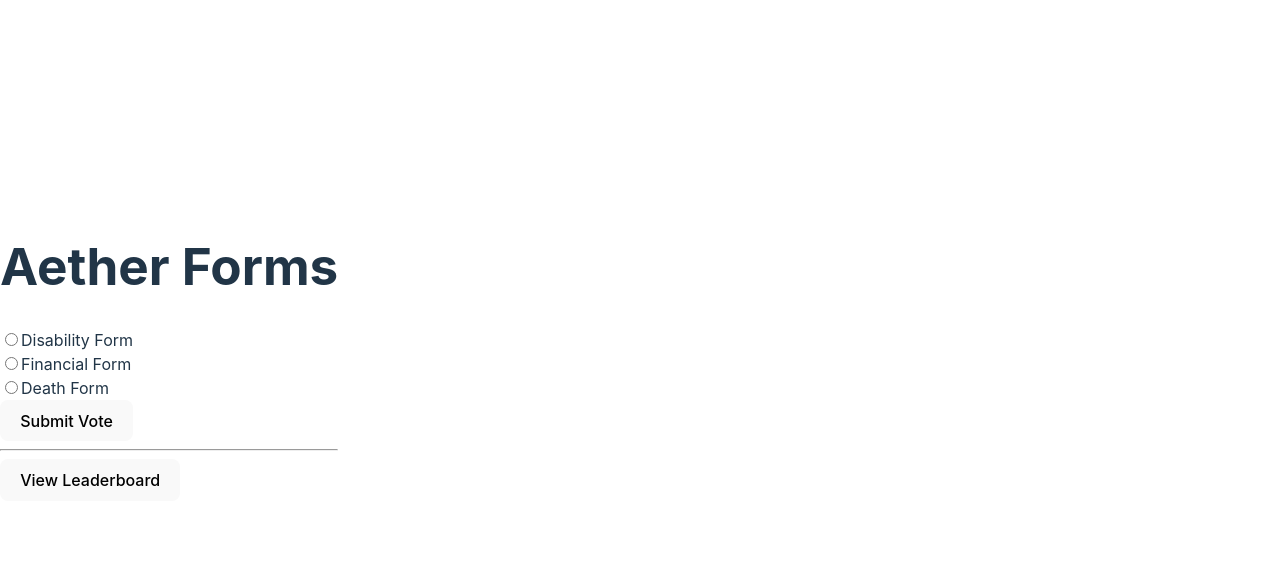
Repository: Jennica1/Aether-Top-Forms
Page: / (app in form-leaderboard-frontend/)
These files come from the project's save history. The page is drawn as it stood at one moment and after the next save; the edit follows.
The browser window is 1280 px wide. The pictures show the whole page.
The project was rebuilt for these pictures with package versions that can differ from the ones it lists, and the page was loaded fresh each time. Also part of the build but not shown: form-leaderboard-frontend/vite.config.js.

Above is the page before, as saved 2024-11-26 21:07:54.

After the next save:
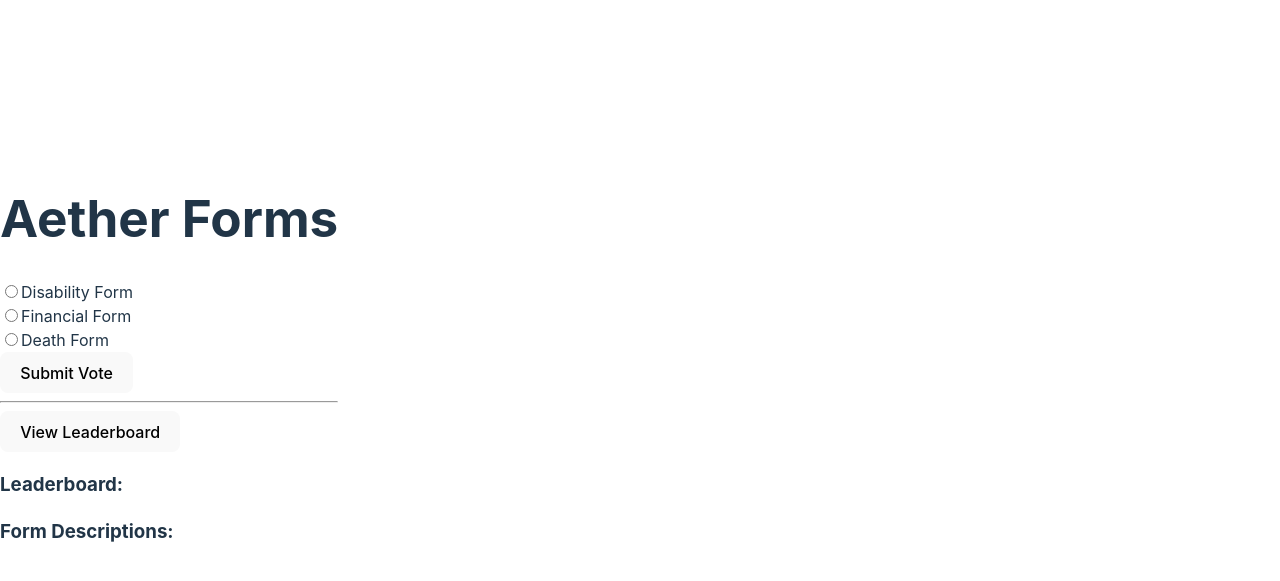
Saved 104 s later.
--- a/form-leaderboard-frontend/src/components/Leaderboard.jsx
+++ b/form-leaderboard-frontend/src/components/Leaderboard.jsx
@@ -3,13 +3,22 @@ import axios from "axios";
 
 const Leaderboard = () => {
   const [leaderboard, setLeaderboard] = useState([]);
+  const [formDescriptions, setFormDescriptions] = useState([]);
   const [error, setError] = useState(null);
 
-  const fetchLeaderboard = async () => {
+  const fetchLeaderboardAndDescriptions = async () => {
     try {
-      const { data } = await axios.get("https://aether-top-forms-leaderboard.onrender.com/api/votes/leaderboard");
-      setLeaderboard(data);
-      setError(null); // Clear previous errors
+      // Fetch leaderboard data from the backend
+      const { data: leaderboardData } = await axios.get(
+        "https://aether-top-forms-leaderboard.onrender.com/api/votes/leaderboard"
+      );
+
+      // Fetch form descriptions from the JSON file
+      const descriptionsModule = await import("../formDescriptions.json");
+
+      setLeaderboard(leaderboardData);
+      setFormDescriptions(descriptionsModule.default);
+      setError(null); // Clear any previous errors
     } catch (error) {
       console.error("Error fetching leaderboard or descriptions:", error);
       setError(error.message || "Something went wrong");
@@ -18,12 +27,26 @@ const Leaderboard = () => {
 
   return (
     <div>
-      <button onClick={fetchLeaderboard}>View Leaderboard</button>
+      <button onClick={fetchLeaderboardAndDescriptions}>View Leaderboard</button>
+
       {error && <p style={{ color: "red" }}>Error: {error}</p>}
+
+      {/* Display the leaderboard */}
+      <h3>Leaderboard:</h3>
       <ul>
         {leaderboard.map((entry) => (
           <li key={entry._id}>
             {entry._id}: {entry.count} votes
+          </li>
+        ))}
+      </ul>
+
+      {/* Display the form descriptions */}
+      <h3>Form Descriptions:</h3>
+      <ul>
+        {formDescriptions.map((form) => (
+          <li key={form.formType}>
+            {form.formType}: {form.description}
           </li>
         ))}
       </ul>
